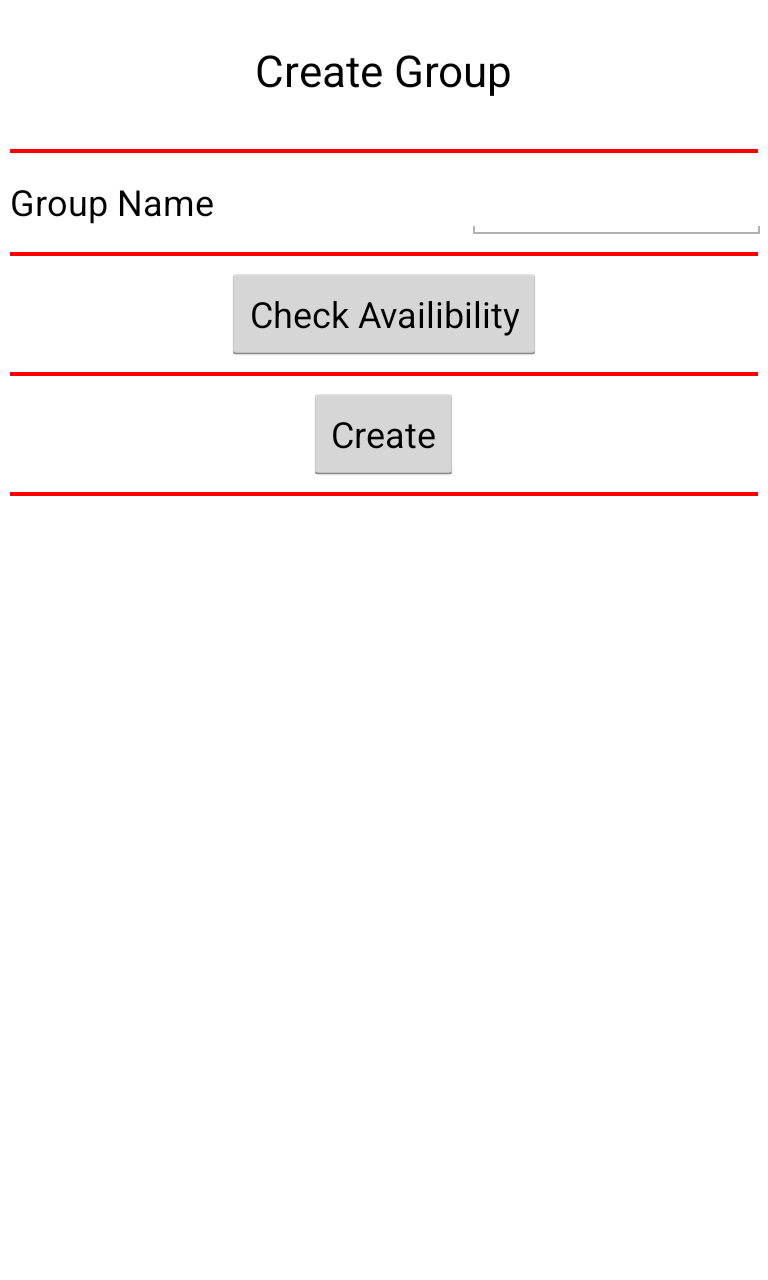
Repository: mansee8/Emergency-Service-Information-Provider
Layout: Emergency Service Information Provider/ESIP/ESIP/res/layout/create_group.xml
These files come from the project's save history. The layout is drawn as it stood at one moment and after the next save; the edit follows.
It is drawn on a 768 x 1280 px phone screen (xhdpi) without system bars, with theme AppTheme; the app's code is not run.

Above is the layout before, as saved 2014-02-27 07:55:18.

### Emergency Service Information Provider/ESIP/ESIP/res/layout/create_group.xml
<?xml version="1.0" encoding="utf-8"?>
<LinearLayout xmlns:android="http://schemas.android.com/apk/res/android"
    android:layout_width="fill_parent"
    android:layout_height="fill_parent"
    android:gravity="center_horizontal"
    android:orientation="vertical" >

    <TextView
        android:layout_width="wrap_content"
        android:layout_height="wrap_content"
        android:layout_margin="20dp"
        android:text="Create Group"
        android:textAppearance="?android:attr/textAppearanceLarge" />

    <View
        android:layout_width="fill_parent"
        android:layout_height="2dp"
        android:layout_margin="5dp"
        android:background="#ff0000" />

    <LinearLayout
        android:layout_width="fill_parent"
        android:layout_height="wrap_content"
        android:orientation="horizontal" >

        <TextView
            android:layout_width="wrap_content"
            android:layout_height="wrap_content"
            android:layout_marginLeft="5dp"
            android:layout_weight="1"
            android:text="Group Name"
            android:textAppearance="?android:attr/textAppearanceMedium" />

        <EditText
            android:id="@+id/GroupNameView"
            android:layout_width="wrap_content"
            android:layout_height="wrap_content"
            android:layout_weight="1" />
    </LinearLayout>

    <View
        android:layout_width="fill_parent"
        android:layout_height="2dp"
        android:layout_margin="5dp"
        android:background="#ff0000" />

    <Button
        android:id="@+id/btnAvailibility"
        android:layout_width="wrap_content"
        android:layout_height="wrap_content"
        android:text="Check Availibility" />

    <View
        android:layout_width="fill_parent"
        android:layout_height="2dp"
        android:layout_margin="5dp"
        android:background="#ff0000" />

    <Button
        android:id="@+id/btnCreate"
        android:layout_width="wrap_content"
        android:layout_height="wrap_content"
        android:text="Create" />

    <View
        android:layout_width="fill_parent"
        android:layout_height="2dp"
        android:layout_margin="5dp"
        android:background="#ff0000" />

    <TextView
        android:id="@+id/avail_result"
        android:layout_width="wrap_content"
        android:layout_height="wrap_content"
        android:textAppearance="?android:attr/textAppearanceLarge" />

</LinearLayout>

Loaded but not shown: Emergency Service Information Provider/ESIP/ESIP/res/values/styles.xml (common file); Emergency Service Information Provider/ESIP/ESIP/res/values-v11/styles.xml (common file); Emergency Service Information Provider/ESIP/ESIP/res/values-v14/styles.xml (common file)

After the next save:
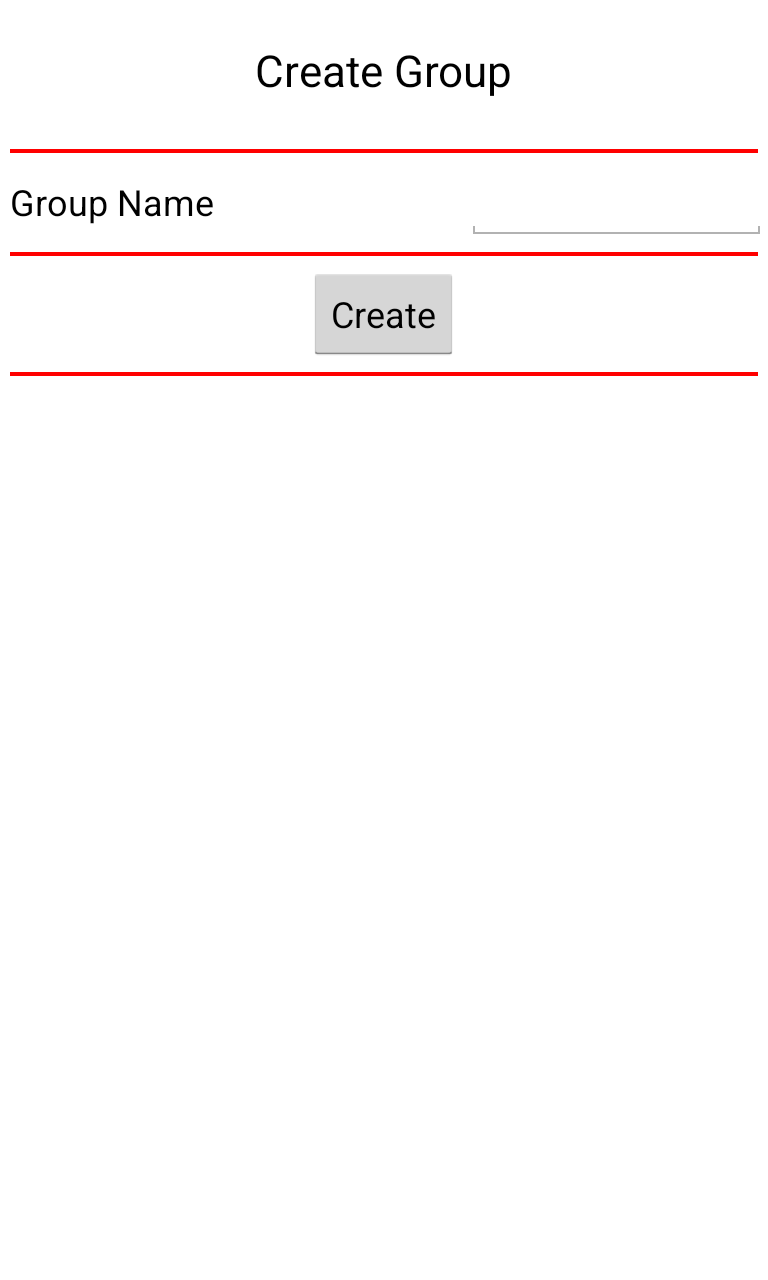
Saved 19 s later.
--- a/Emergency Service Information Provider/ESIP/ESIP/res/layout/create_group.xml
+++ b/Emergency Service Information Provider/ESIP/ESIP/res/layout/create_group.xml
@@ -45,18 +45,6 @@
         android:background="#ff0000" />
 
     <Button
-        android:id="@+id/btnAvailibility"
-        android:layout_width="wrap_content"
-        android:layout_height="wrap_content"
-        android:text="Check Availibility" />
-
-    <View
-        android:layout_width="fill_parent"
-        android:layout_height="2dp"
-        android:layout_margin="5dp"
-        android:background="#ff0000" />
-
-    <Button
         android:id="@+id/btnCreate"
         android:layout_width="wrap_content"
         android:layout_height="wrap_content"
